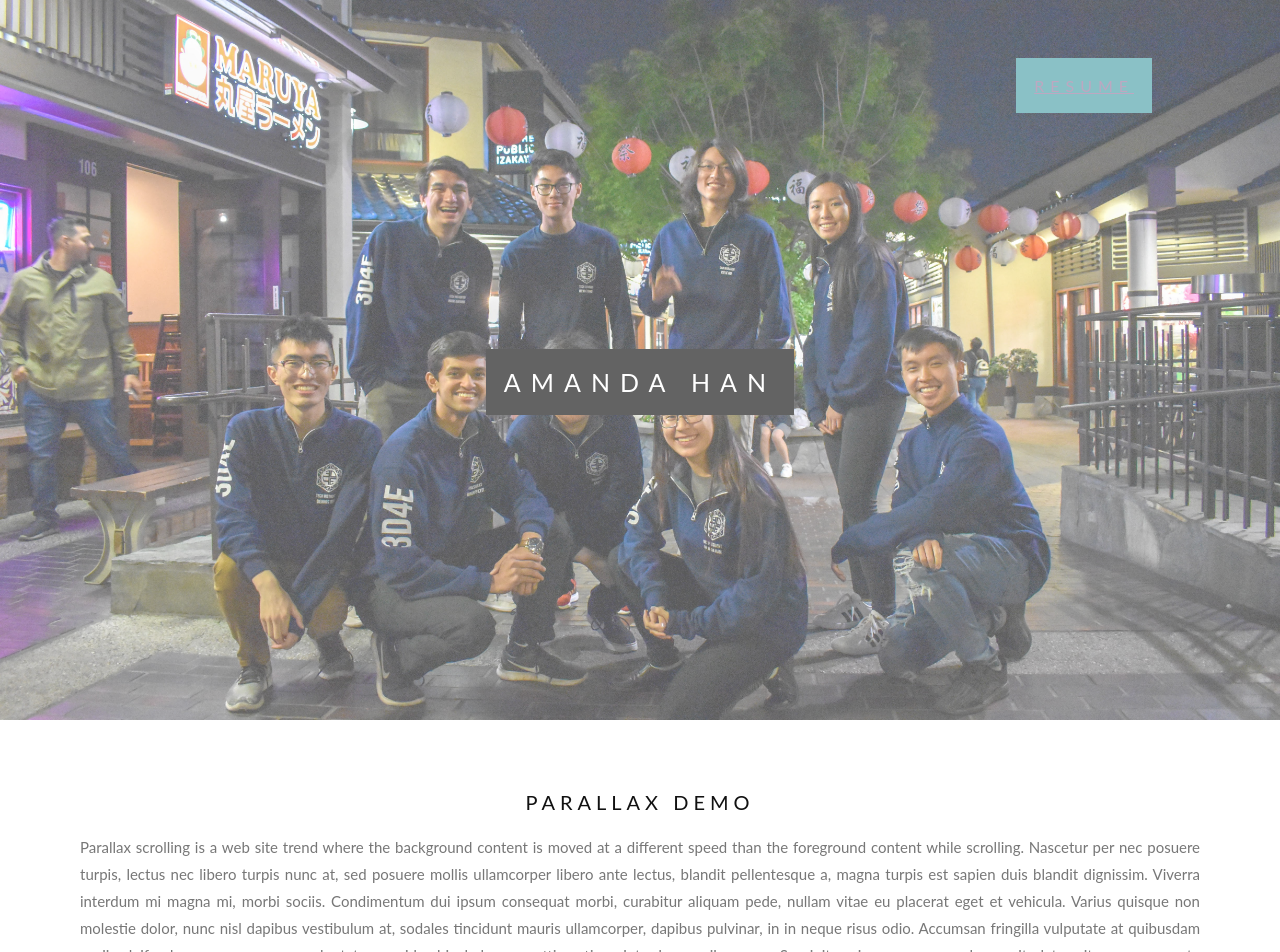
Repository: aliyuanh/me
Page: index.html
The author's editor kept a copy of each file at every save. The page is drawn from the files as they stood at one save, then again after the next save.
The browser window is 1280 px wide. The pictures show the part of the page from y = 0 to 952 px (the page is 2895 px tall).

Above is the page before, as saved 2020-09-17 00:28:24.

### index.html
<!DOCTYPE html>
<html>

<head>
    <meta name="viewport" content="width=device-width, initial-scale=1">
    <style>
         :root {
            --oxford-blue: #0b132bff;
            --space-cadet: #1c2541ff;
            --cadet-blue: #4da1a9ff;
            --wheat: #edd4b2ff;
            --mountbatten-pink: #9a7aa0ff;
        }

        body,
        html {
            height: 100%;
            margin: 0;
            font: 400 15px/1.8 "Lato", sans-serif;
            color: #777;
        }

        .bgimg-1,
        .bgimg-2,
        .bgimg-3 {
            position: relative;
            opacity: 0.65;
            background-attachment: fixed;
            background-position: center;
            background-repeat: no-repeat;
            background-size: cover;
        }

        .bgimg-1 {
            background-image: url("img/tokyo.jpg");
            min-height: 100%;
        }

        .bgimg-2 {
            background-image: url("img/imagineering.jpg");
            min-height: 400px;
        }

        .bgimg-3 {
            background-image: url("img/cmmnd.png");
            min-height: 400px;
        }

        .caption {
            position: absolute;
            left: 0;
            top: 50%;
            width: 100%;
            text-align: center;
            color: #000;
        }

        .caption span.border {
            background-color: #111;
            color: #fff;
            padding: 18px;
            font-size: 25px;
            letter-spacing: 10px;
        }

        h3 {
            letter-spacing: 5px;
            text-transform: uppercase;
            font: 20px "Lato", sans-serif;
            color: #111;
        }
        /* Turn off parallax scrolling for tablets and phones */

        .toResume {
            top: 10%;
            width: 100%;
            right: 10%;
            text-align: right;
            color: #000;
            position: absolute;
        }

        .resumeButton {
            background-color: var(--cadet-blue);
            color: var(--mountbatten-pink);
            padding: 18px;
            font-size: 16px;
            letter-spacing: 6px;
        }

        @media only screen and (max-device-width: 1024px) {
            .bgimg-1,
            .bgimg-2,
            .bgimg-3 {
                background-attachment: scroll;
            }
        }
        /* CSS HEX */
    </style>
</head>

<body>

    <div class="bgimg-1">
        <div class="toResume">
            <a class="resumeButton" href="https://drive.google.com/file/d/1WPi9M0jbwAtVQjWsxIvFWxaKqeurGUjf/view?usp=sharing">RESUME</a>
        </div>
        <div class="caption">
            <span class="border">AMANDA HAN</span>
        </div>
    </div>

    <div style="color: #777;background-color:white;text-align:center;padding:50px 80px;text-align: justify;">
        <h3 style="text-align:center;">Parallax Demo</h3>
        <p>Parallax scrolling is a web site trend where the background content is moved at a different speed than the foreground content while scrolling. Nascetur per nec posuere turpis, lectus nec libero turpis nunc at, sed posuere mollis ullamcorper libero
            ante lectus, blandit pellentesque a, magna turpis est sapien duis blandit dignissim. Viverra interdum mi magna mi, morbi sociis. Condimentum dui ipsum consequat morbi, curabitur aliquam pede, nullam vitae eu placerat eget et vehicula. Varius
            quisque non molestie dolor, nunc nisl dapibus vestibulum at, sodales tincidunt mauris ullamcorper, dapibus pulvinar, in in neque risus odio. Accumsan fringilla vulputate at quibusdam sociis eleifend, aenean maecenas vulputate, non id vehicula
            lorem mattis, ratione interdum sociis ornare. Suscipit proin magna cras vel, non sit platea sit, maecenas ante augue etiam maecenas, porta porttitor placerat leo.</p>
    </div>

    <div class="bgimg-2">
        <div class="caption">
            <span class="border" style="background-color:transparent;font-size:25px;color: #f7f7f7;">LESS HEIGHT</span>
        </div>
    </div>

    <div style="position:relative;">
        <div style="color:#ddd;background-color:#282E34;text-align:center;padding:50px 80px;text-align: justify;">
            <p>Scroll up and down to really get the feeling of how Parallax Scrolling works.</p>
        </div>
    </div>

    <div class="bgimg-3">
        <div class="caption">
            <span class="border" style="background-color:transparent;font-size:25px;color: #f7f7f7;">SCROLL UP</span>
        </div>
    </div>

    <div style="position:relative;">
        <div style="color:#ddd;background-color:#282E34;text-align:center;padding:50px 80px;text-align: justify;">
            <p>Scroll up and down to really get the feeling of how Parallax Scrolling works.</p>
        </div>
    </div>

    <div class="bgimg-1">
        <div class="caption">
            <span class="border"><a href="mailto: aliyuanh@ucla.edu" style="color:#ddd ">Email me!</a></span>
        </div>
    </div>

</body>

</html>

After the next save:
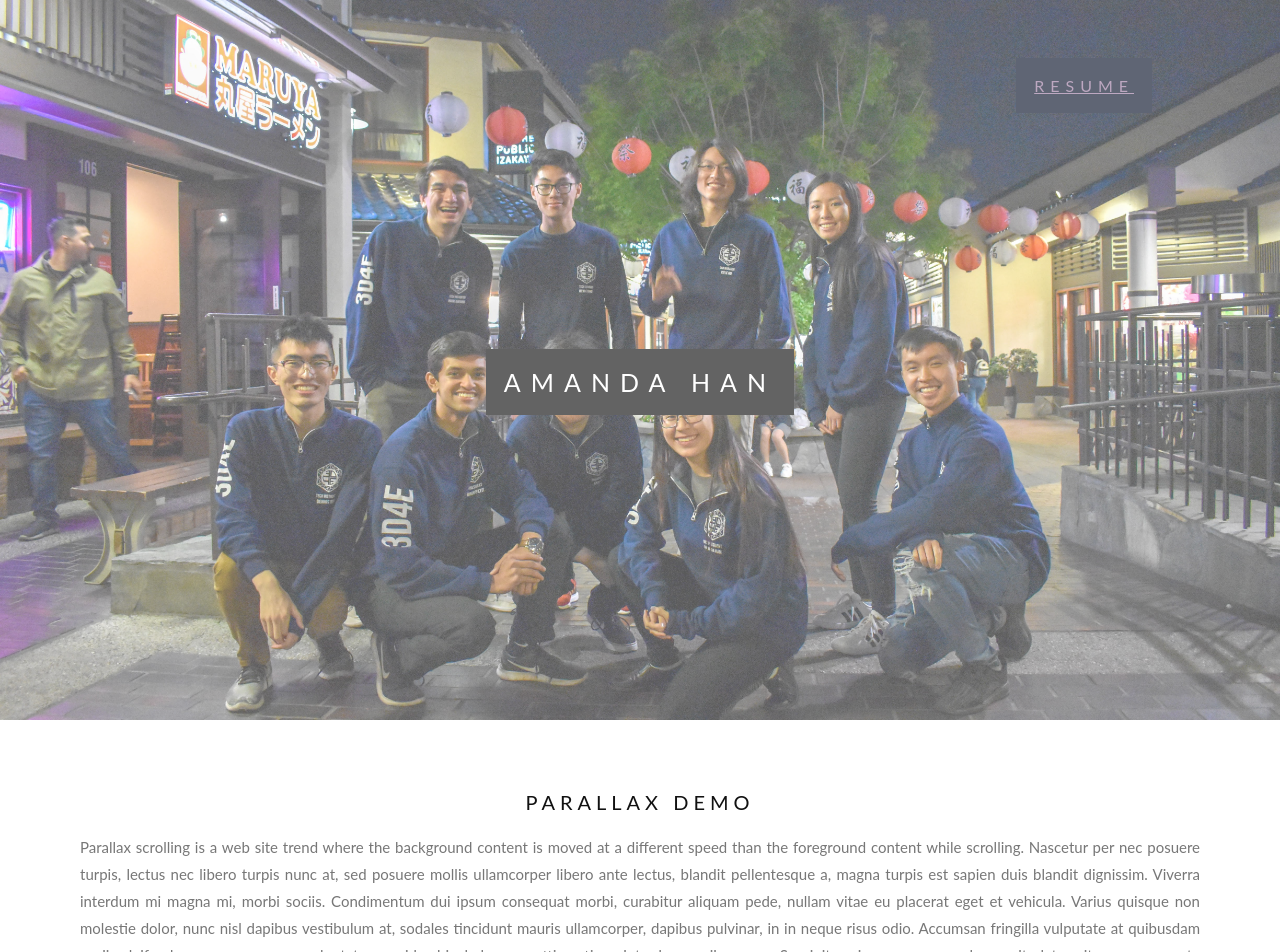
Saved 17 s later.
--- a/index.html
+++ b/index.html
@@ -81,7 +81,7 @@
         }
 
         .resumeButton {
-            background-color: var(--cadet-blue);
+            background-color: var(--oxford-blue);
             color: var(--mountbatten-pink);
             padding: 18px;
             font-size: 16px;
